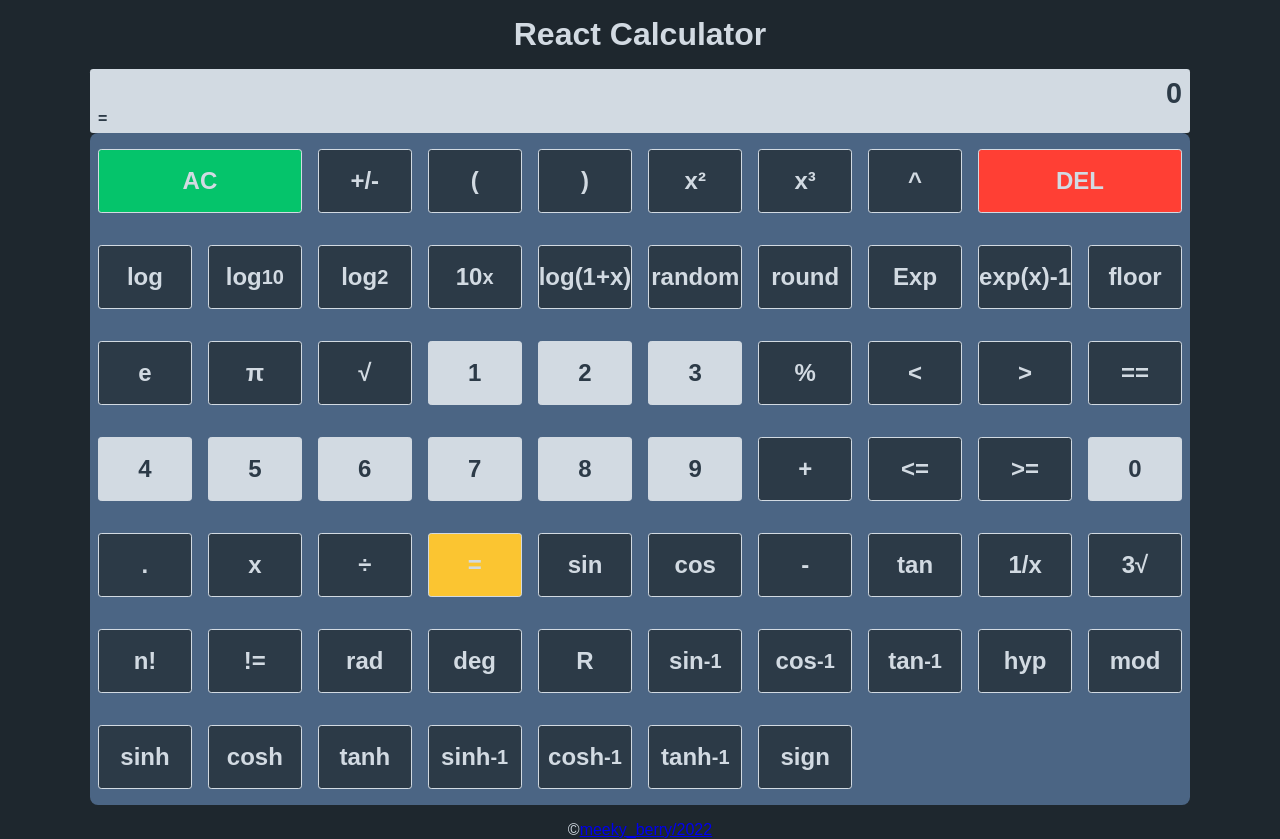
Repository: MikkyPrestige/calculator
Page: /
An editor plug-in stored every save of this project. The page is shown before and after the next save, followed by the edit.
The browser window is 1280 px wide. The pictures show the whole page.
The project was rebuilt for these pictures with package versions that can differ from the ones it lists, and the page was loaded fresh each time.

Above is the page before, as saved 2022-11-17 22:34:43.

After the next save:
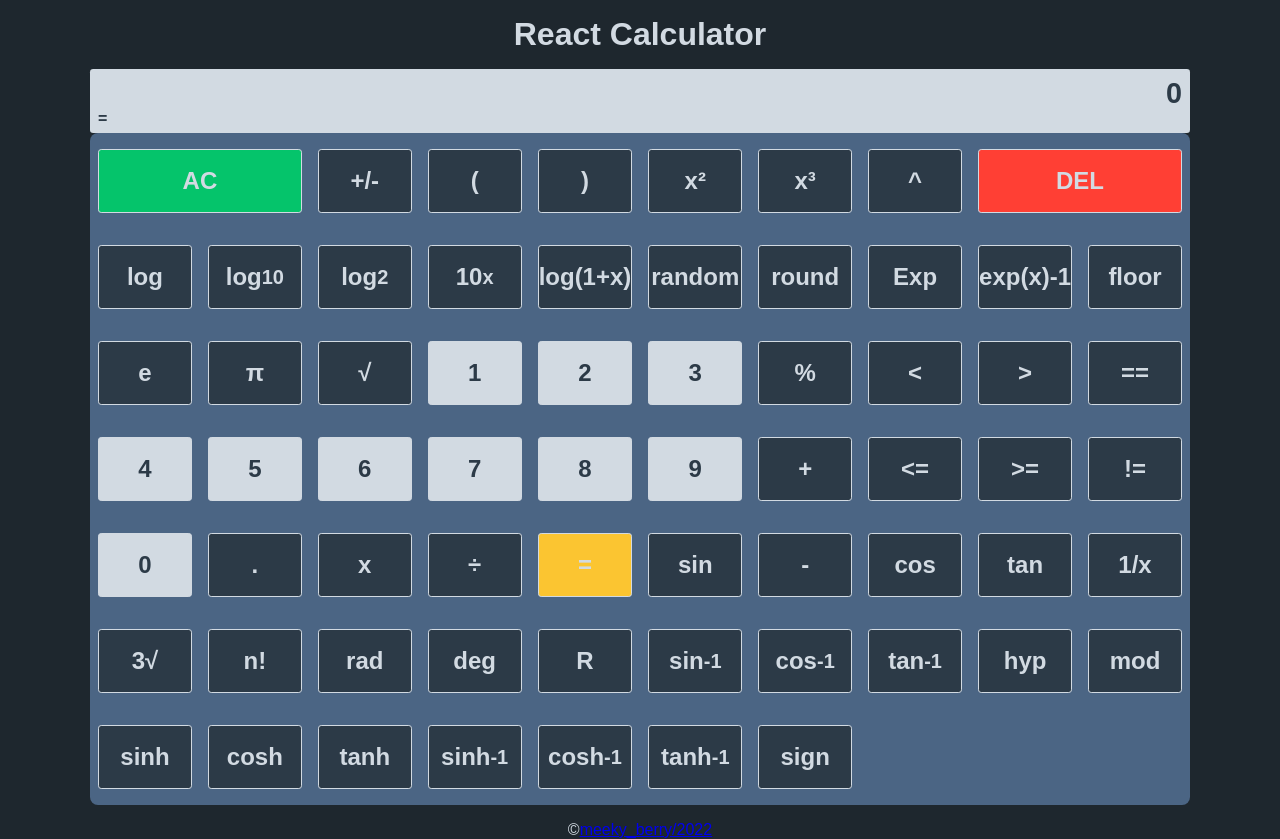
Saved 19 s later.
--- a/src/index.css
+++ b/src/index.css
@@ -189,7 +189,7 @@ body {
   grid-row: 4 / 5;
 }
 
-.notequalTo {
+.notequal {
   grid-column: 10 / 11;
   grid-row: 4 / 5;
 }
